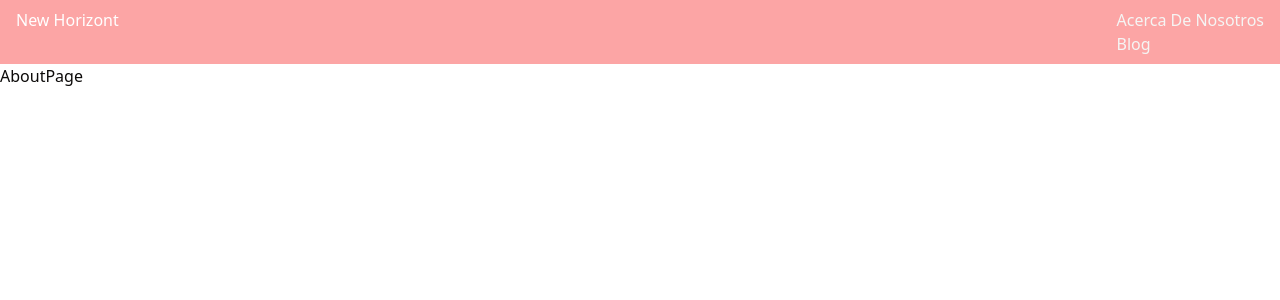
Repository: jefrydep/new-horizont-school
Page: /about
The author's editor kept a copy of each file at every save. The page is drawn from the files as they stood at one save, then again after the next save.
The browser window is 1280 px wide. The pictures show the whole page.
The project was rebuilt for these pictures with package versions that can differ from the ones it lists, and the page was loaded fresh each time. The framework's server and built-in components were replaced by stand-ins that run in the browser. Also part of the build but not shown: next.config.ts.

Above is the page before, as saved 2024-11-07 17:19:33.

### src/app/layout.tsx
import type { Metadata } from "next";
import localFont from "next/font/local";
import "./globals.css";
import Navbar from "@/components/Navbar";

const geistSans = localFont({
  src: "./fonts/GeistVF.woff",
  variable: "--font-geist-sans",
  weight: "100 900",
});
const geistMono = localFont({
  src: "./fonts/GeistMonoVF.woff",
  variable: "--font-geist-mono",
  weight: "100 900",
});

export const metadata: Metadata = {
  title: "Create Next App",
  description: "Generated by create next app",
};

export default function RootLayout({
  children,
}: Readonly<{
  children: React.ReactNode;
}>) {
  return (
    <html lang="en">
      <body
        className={`${geistSans.variable} ${geistMono.variable} antialiased`}
      >
        <Navbar/>
        {children}
      </body>
    </html>
  );
}

### src/app/(new-horizont-school)/layout.tsx
// import type { Metadata } from "next";
// import localFont from "next/font/local";

import Navbar from "@/components/Navbar";

// const geistSans = localFont({
//   src: "./fonts/GeistVF.woff",
//   variable: "--font-geist-sans",
//   weight: "100 900",
// });
// const geistMono = localFont({
//   src: "./fonts/GeistMonoVF.woff",
//   variable: "--font-geist-mono",
//   weight: "100 900",
// });

// export const metadata: Metadata = {
//   title: "Create Next App",
//   description: "Generated by create next app",
// };

export default function SchoolLayout({
  children,
}: Readonly<{
  children: React.ReactNode;
}>) {
  return (
    <html lang="en">
      <body
      // className={`${geistSans.variable} ${geistMono.variable} antialiased`}
      >
        {children}
      </body>
    </html>
  );
}

### src/app/globals.css
@tailwind base;
@tailwind components;
@tailwind utilities;

/* :root {
  --background: #ffffff;
  --foreground: #171717;
}

@media (prefers-color-scheme: dark) {
  :root {
    --background: #0a0a0a;
    --foreground: #ededed;
  }
}

body {
  color: var(--foreground);
  background: var(--background);
  font-family: Arial, Helvetica, sans-serif;
} */
@layer base {
  :root {
    --background: 0 0% 100%;
    --foreground: 20 14.3% 4.1%;
    --card: 0 0% 100%;
    --card-foreground: 20 14.3% 4.1%;
    --popover: 0 0% 100%;
    --popover-foreground: 20 14.3% 4.1%;
    --primary: 24 9.8% 10%;
    --primary-foreground: 60 9.1% 97.8%;
    --secondary: 60 4.8% 95.9%;
    --secondary-foreground: 24 9.8% 10%;
    --muted: 60 4.8% 95.9%;
    --muted-foreground: 25 5.3% 44.7%;
    --accent: 60 4.8% 95.9%;
    --accent-foreground: 24 9.8% 10%;
    --destructive: 0 84.2% 60.2%;
    --destructive-foreground: 60 9.1% 97.8%;
    --border: 20 5.9% 90%;
    --input: 20 5.9% 90%;
    --ring: 20 14.3% 4.1%;
    --chart-1: 12 76% 61%;
    --chart-2: 173 58% 39%;
    --chart-3: 197 37% 24%;
    --chart-4: 43 74% 66%;
    --chart-5: 27 87% 67%;
    --radius: 0.5rem
  }
  .dark {
    --background: 20 14.3% 4.1%;
    --foreground: 60 9.1% 97.8%;
    --card: 20 14.3% 4.1%;
    --card-foreground: 60 9.1% 97.8%;
    --popover: 20 14.3% 4.1%;
    --popover-foreground: 60 9.1% 97.8%;
    --primary: 60 9.1% 97.8%;
    --primary-foreground: 24 9.8% 10%;
    --secondary: 12 6.5% 15.1%;
    --secondary-foreground: 60 9.1% 97.8%;
    --muted: 12 6.5% 15.1%;
    --muted-foreground: 24 5.4% 63.9%;
    --accent: 12 6.5% 15.1%;
    --accent-foreground: 60 9.1% 97.8%;
    --destructive: 0 62.8% 30.6%;
    --destructive-foreground: 60 9.1% 97.8%;
    --border: 12 6.5% 15.1%;
    --input: 12 6.5% 15.1%;
    --ring: 24 5.7% 82.9%;
    --chart-1: 220 70% 50%;
    --chart-2: 160 60% 45%;
    --chart-3: 30 80% 55%;
    --chart-4: 280 65% 60%;
    --chart-5: 340 75% 55%
  }
}
@layer base {
  * {
    @apply border-border;
  }
  body {
    @apply bg-background text-foreground;
  }
}

### src/components/Navbar.tsx
import { Menu } from "lucide-react";
import Link from "next/link";

export default function Navbar() {
  return (
    <header className="bg-primary h-16">
      <div className="flex justify-between m-auto   bg-red-300  container px-4 py-2  ">
        <div className="text-white">New Horizont</div>
        <nav className="outline-none hidden sm:block list-none">
          <li className="text-secondary">
            <Link href={"/about"}>Acerca De Nosotros</Link>
          </li>
          <li className="text-secondary">
            <Link href={"/blog"}>Blog</Link>
          </li>
        </nav>
        <div className="  sm:hidden">
          <Menu color="white" size={45} />
        </div>
        {/* <li className="text-secondary">
            <Link href={"/about"}>About</Link>
          </li> */}
      </div>
    </header>
  );
}

Loaded but not shown: src/app/(new-horizont-school)/about/page.tsx (common file); tailwind.config.ts (common file)

After the next save:
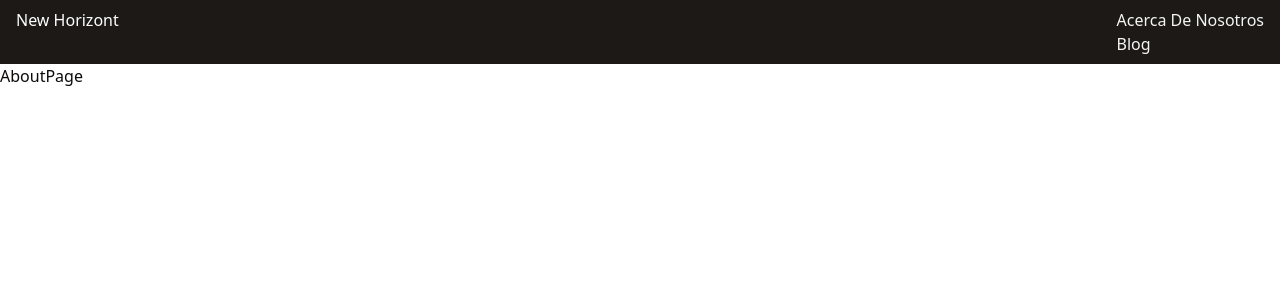
Saved 23 s later.
--- a/src/components/Navbar.tsx
+++ b/src/components/Navbar.tsx
@@ -4,7 +4,7 @@ import Link from "next/link";
 export default function Navbar() {
   return (
     <header className="bg-primary h-16">
-      <div className="flex justify-between m-auto   bg-red-300  container px-4 py-2  ">
+      <div className="flex justify-between m-auto      container px-4 py-2  ">
         <div className="text-white">New Horizont</div>
         <nav className="outline-none hidden sm:block list-none">
           <li className="text-secondary">
